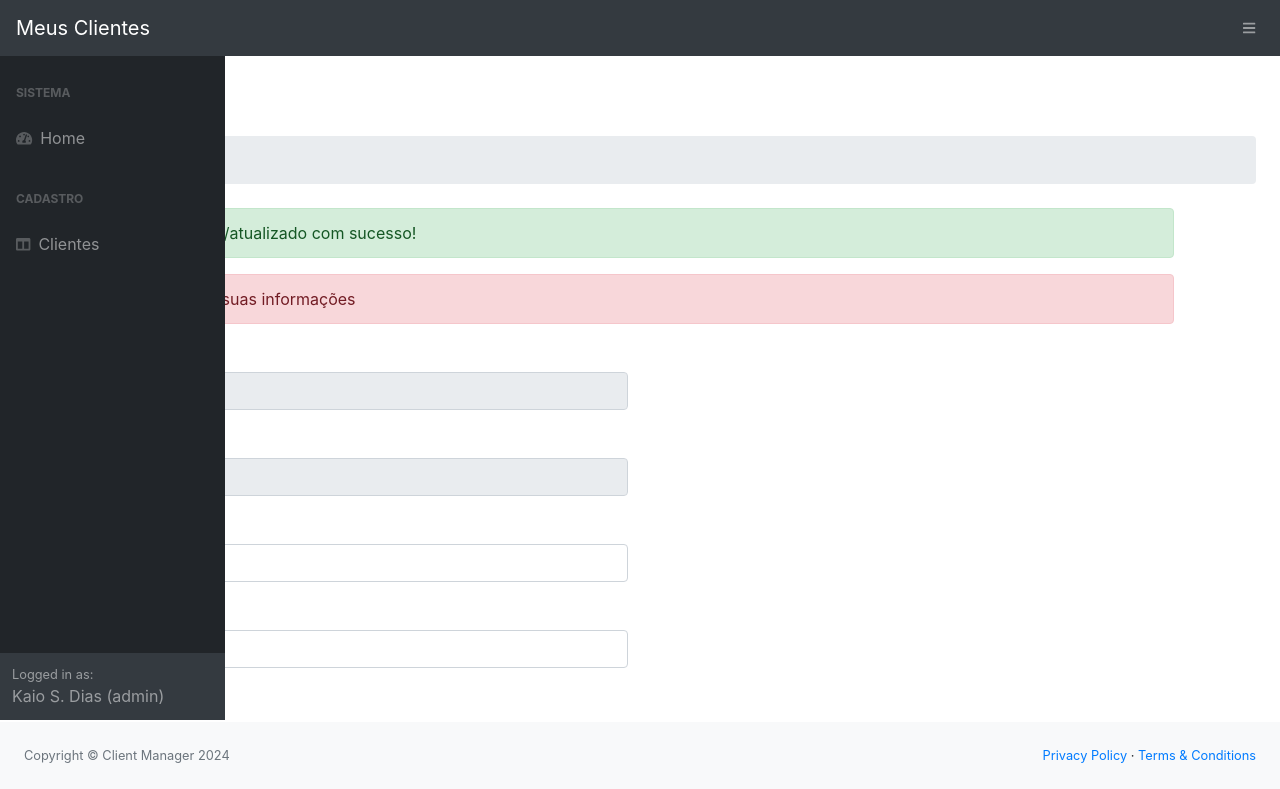
Repository: Kaio-Dias/Angular-Springboot
Page: /users-form (app in Frontend/clients-app/)
These files come from the project's save history. The page is drawn as it stood at one moment and after the next save; the edit follows.
The browser window is 1280 px wide. The pictures show the whole page.
Some web libraries are served in a nearby version. The project was rebuilt for these pictures with package versions that can differ from the ones it lists, and the page was loaded fresh each time. Also part of the build but not shown: Frontend/clients-app/angular.json, Frontend/clients-app/src/app/home/home.component.ts.

Above is the page before, as saved 2024-07-08 22:21:50.

After the next save:
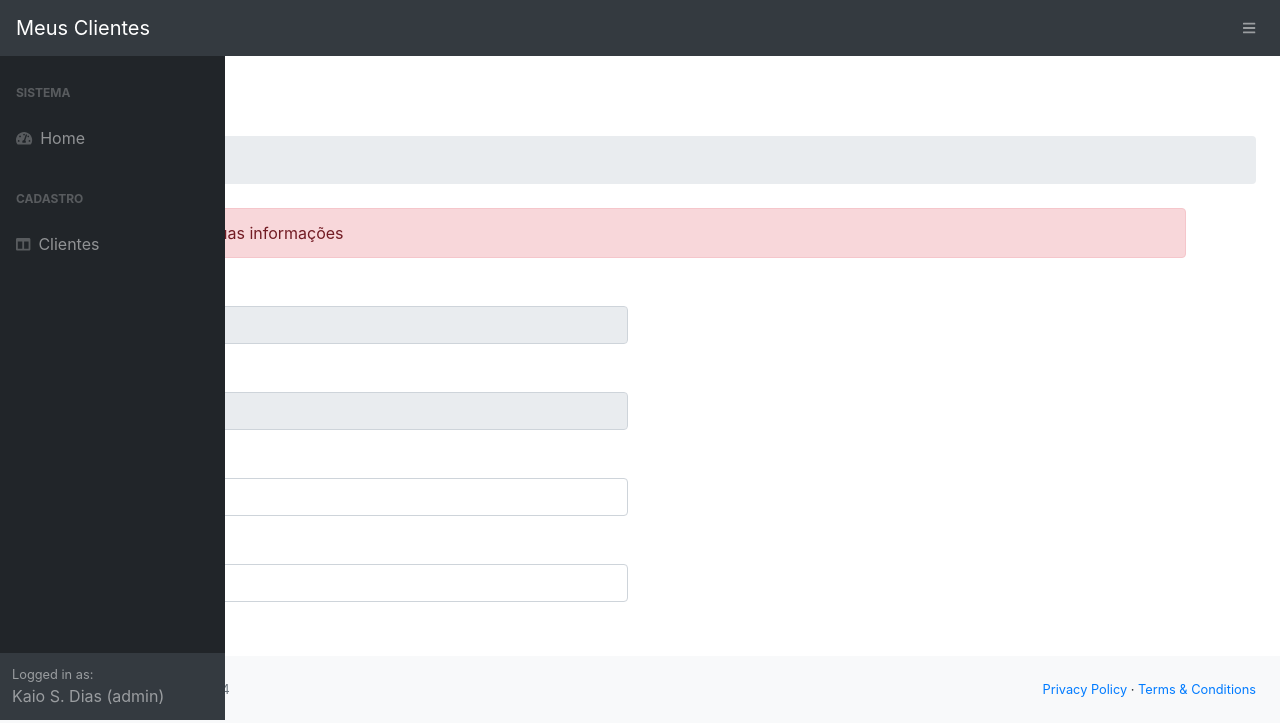
Saved 7 min 6 s later.
--- a/Frontend/clients-app/src/app/users/users-form/users-form.component.html
+++ b/Frontend/clients-app/src/app/users/users-form/users-form.component.html
@@ -4,12 +4,12 @@
 </ol>
 <div class="container">
         <form #userForm="ngForm" (ngSubmit)="onSubmit()">
-            <div>
+            <div class="row">
                 <div class="col-md-12">
-                    <div class="alert alert-success" role="alert">
+                    <div class="alert alert-success" role="alert" *ngIf="success==true">
                         Cliente salvo/atualizado com sucesso!
                     </div>
-                    <div class="alert alert-danger" role="alert">
+                    <div class="alert alert-danger" role="alert" *ngIf="success==false">
                         Erro. Revise suas informações
                     </div>
                 </div>
